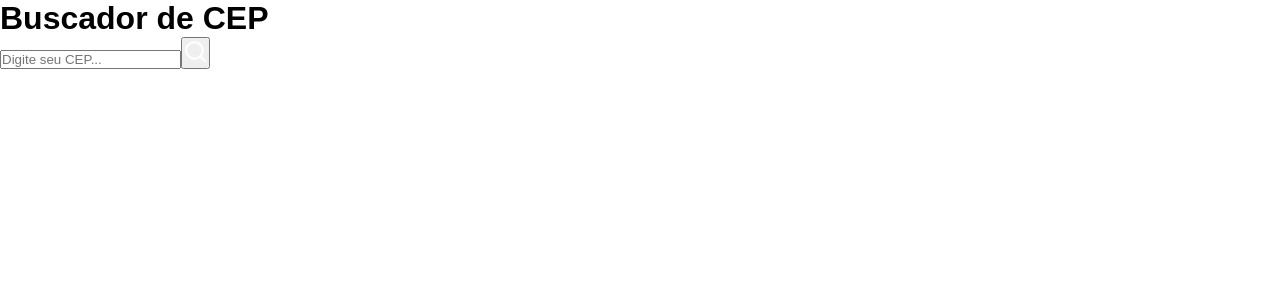
Repository: guipolo09/buscador-de-cep
Page: /
The author's editor kept a copy of each file at every save. The page is drawn from the files as they stood at one save, then again after the next save.
The browser window is 1280 px wide. The pictures show the whole page.
The project was rebuilt for these pictures with package versions that can differ from the ones it lists, and the page was loaded fresh each time.

Above is the page before, as saved 2022-06-26 11:24:47.

### src/App.js
import { FiSearch } from "react-icons/fi";

function App() {
  return (
    <div className="container">
      <h1 className="title">Buscador de CEP</h1>
      <div className="containerInput">
        <input type="text" placeholder="Digite seu CEP..." />
        <button className="buttonSearch">
          <FiSearch size={25} color="#fff" />
        </button>
      </div>
    </div>
  );
}

export default App;

Loaded but not shown: public/index.html (common file); src/index.js (common file); src/index.css (common file)

After the next save:
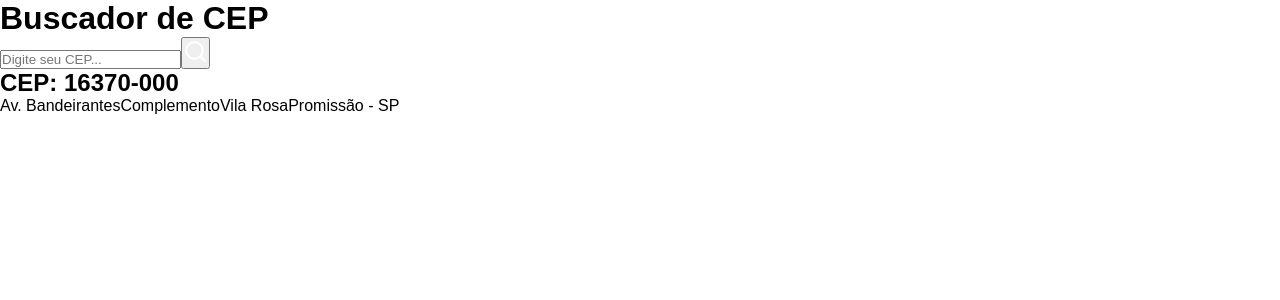
Saved 3 min 41 s later.
--- a/src/App.js
+++ b/src/App.js
@@ -10,6 +10,13 @@ function App() {
           <FiSearch size={25} color="#fff" />
         </button>
       </div>
+      <main className="main">
+        <h2>CEP: 16370-000</h2>
+        <span>Av. Bandeirantes</span>
+        <span>Complemento</span>
+        <span>Vila Rosa</span>
+        <span>Promissão - SP</span>
+      </main>
     </div>
   );
 }
